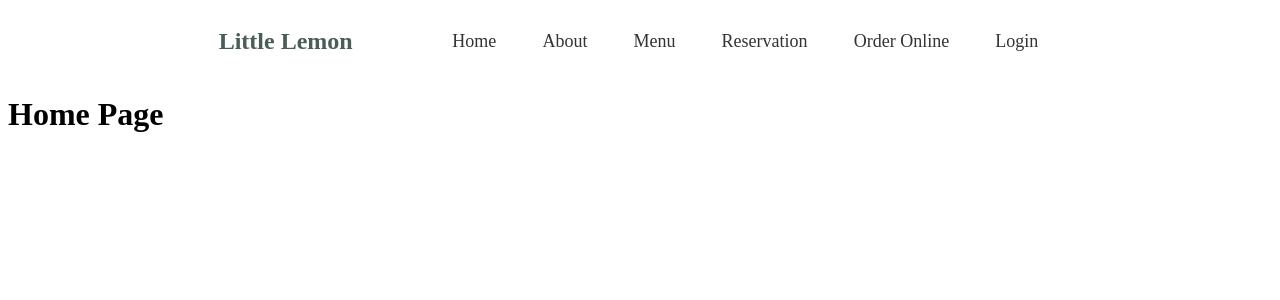
Repository: Yeshwanth-189/little-lemon
Page: / (app in little-lemon/)
These files come from the project's save history. The page is drawn as it stood at one moment and after the next save; the edit follows.
The browser window is 1280 px wide. The pictures show the whole page.
The project was rebuilt for these pictures with package versions that can differ from the ones it lists, and the page was loaded fresh each time. Also part of the build but not shown: little-lemon/src/index.css.

Above is the page before, as saved 2025-04-26 16:20:15.

After the next save:
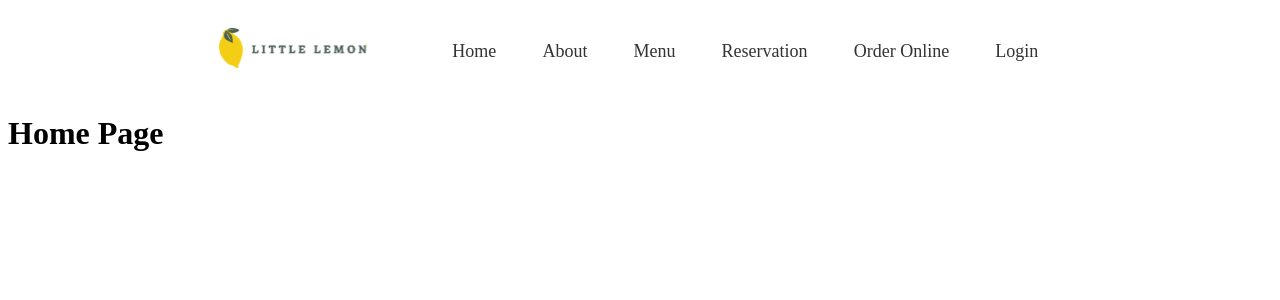
Saved 52 s later.
--- a/little-lemon/src/components/Navigation/NavBar.jsx
+++ b/little-lemon/src/components/Navigation/NavBar.jsx
@@ -1,5 +1,6 @@
 import React from "react";
 import { Link } from "react-router-dom";
+import Logo from "../../assets/Logo.svg";
 import "./NavBar.css";
 
 function Nav() {
@@ -10,7 +11,7 @@ function Nav() {
 
       {/* Logo 3-4 */}
       <div className="nav-logo">
-        <Link to="/">Little Lemon</Link>
+        <img src={Logo} alt="Little Lemon Logo" />
       </div>
 
       {/* Nav links 5-10 */}
